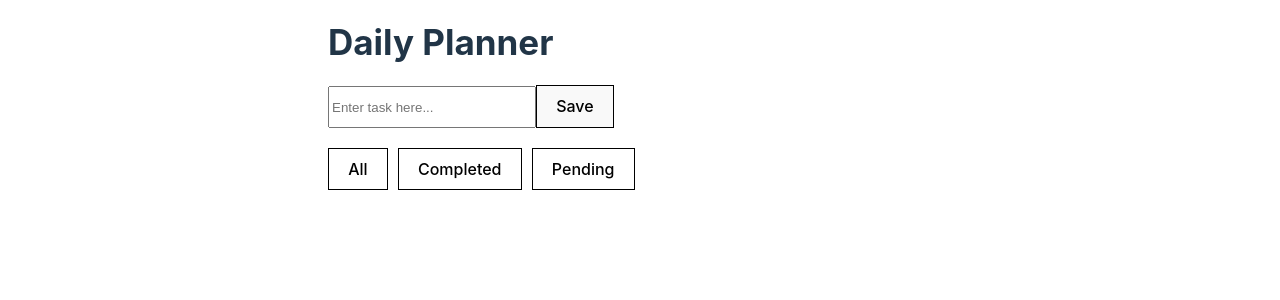
Repository: leslie179/lab4
Page: / (app in lab4/)
The author's editor kept a copy of each file at every save. The page is drawn from the files as they stood at one save, then again after the next save.
The browser window is 1280 px wide. The pictures show the whole page.
The project was rebuilt for these pictures with package versions that can differ from the ones it lists, and the page was loaded fresh each time. Also part of the build but not shown: lab4/vite.config.js, lab4/src/components/Task.jsx.

Above is the page before, as saved 2024-10-27 18:30:45.

### lab4/src/App.jsx
import { useState } from 'react'
import './App.css'

import Task from './components/Task'
import TaskForm from './components/TaskForm'

function App() {
  const [tasks, setTasks] = useState([])
  const [filter, setFilter] = useState("All")
  return (
    <div>
      <h1>Daily Planner</h1>
      <TaskForm setTasks={setTasks}/>
      <button className="filter-button" onClick={() => setFilter("All")}>All</button>
      <button className="filter-button" onClick={() => setFilter("Completed")}>Completed</button>
      <button className="filter-button" onClick={() => setFilter("Pending")}>Pending</button>
      <ul>
        {tasks && tasks.filter((task) => {
          if (filter === "All") {
            return true
          } else if (filter === "Completed") {
            return task.completed
          } else if (filter === "Pending") {
            return !task.completed
          }

          return true // not really necessary
        }).map((task, i) => {
          return <Task task={task} setTasks={setTasks} index={i} />
        })}
      </ul>

    </div>
  )
}

export default App

### lab4/src/App.css
#root {
  max-width: 1280px;
  text-align: left;
  padding-left: 20rem;
}

h1{
  font-size: 35px;
}

.filter-button{
  border: 1px solid black;
  background-color: white;
  margin-right: 10px;
  margin-top: 20px;
  border-radius: 0px;
}

.save{
  background-color: #00800;
  border-radius: 0px;
  border: 1px solid black;
  padding-top:2mm;
  height:43px;
}

.input{
width:200px;
height:36px;
}

.read-the-docs {
  color: #888;
}

### lab4/src/components/TaskForm.jsx
import { useState } from "react"

function TaskForm({ setTasks }) {
    const [currentTask, setCurrentTask] = useState()
    const save = () => {
        setTasks((currentTasks) => { // trick to get current state
            // im just naming it tmp for temporary
            const tmpTasks = [...currentTasks] // deep copy (tmpTasks is just a copy of currentTasks cause you cant just copy an array)
            tmpTasks.push({ task: currentTask, completed: false })
            return tmpTasks
        })
        setCurrentTask("")
    }
    // the onChange is a function that runs everytime the input text changes
    // everytime the input text changes update the state with the value of the text input
    return <div>
        <input className="input" type="text" onChange={(e) => setCurrentTask(e.target.value)} placeholder="Enter task here..."/>
        <button className="save" onClick={() => save()}>Save</button>
    </div>
}

export default TaskForm

Loaded but not shown: lab4/index.html (common file); lab4/src/main.jsx (common file); lab4/src/index.css (common file)

After the next save:
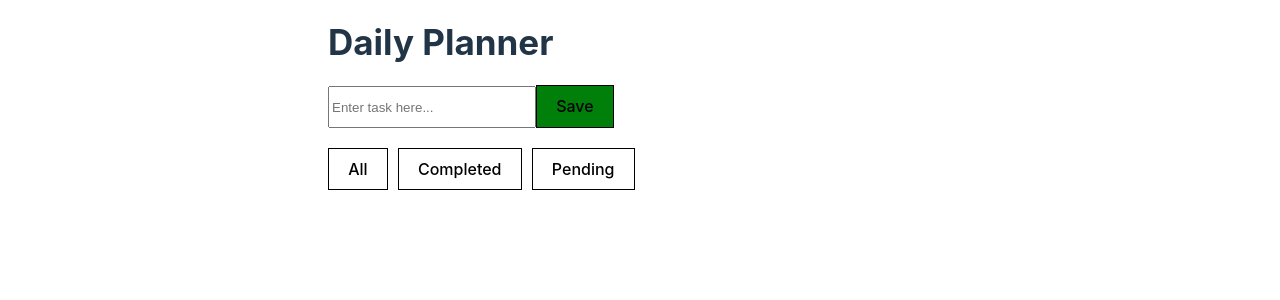
Saved 39 s later.
--- a/lab4/src/App.css
+++ b/lab4/src/App.css
@@ -17,7 +17,7 @@ h1{
 }
 
 .save{
-  background-color: #00800;
+  background-color: #00800a;
   border-radius: 0px;
   border: 1px solid black;
   padding-top:2mm;
